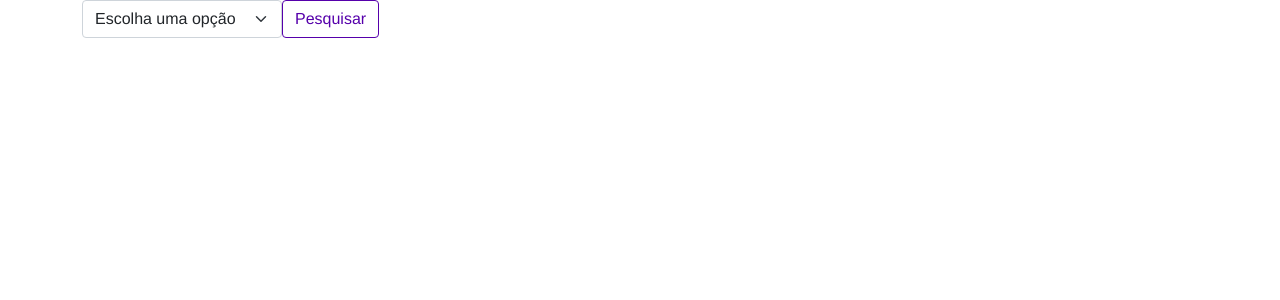
Repository: LuismGil/Countries-list
Page: /about
An editor plug-in stored every save of this project. The page is shown before and after the next save, followed by the edit.
The browser window is 1280 px wide. The pictures show the whole page.
The project was rebuilt for these pictures with package versions that can differ from the ones it lists, and the page was loaded fresh each time.

Above is the page before, as saved 2021-05-22 21:14:22.

### public/index.html
<!DOCTYPE html>
<html lang="">
  <head>
    <meta charset="utf-8">
    <meta http-equiv="X-UA-Compatible" content="IE=edge">
    <meta name="viewport" content="width=device-width,initial-scale=1.0">
    <link rel="icon" href="<%= BASE_URL %>favicon.ico">
    <link href="https://cdn.jsdelivr.net/npm/bootstrap@5.0.1/dist/css/bootstrap.min.css" rel="stylesheet" integrity="sha384-+0n0xVW2eSR5OomGNYDnhzAbDsOXxcvSN1TPprVMTNDbiYZCxYbOOl7+AMvyTG2x" crossorigin="anonymous">
    <title><%= htmlWebpackPlugin.options.title %></title>
  </head>
  <body>
    <noscript>
      <strong>We're sorry but <%= htmlWebpackPlugin.options.title %> doesn't work properly without JavaScript enabled. Please enable it to continue.</strong>
    </noscript>
    <div id="app"></div>
    <!-- built files will be auto injected -->
  </body>
</html>

### src/App.vue
<template>
  <div id="app">
    <!-- <mv-header /> -->
    <Home></Home>

  </div>
</template>

<script>
// import MvHeader from './components/MvHeader.vue';
import Home from './views/Home.vue';

export default {
  name: 'App',
  components: {
    // MvHeader,
    Home,
  },
};
</script>

<style>
#app {
  color: #2c3e50;
  font-family: Avenir, Helvetica, Arial, sans-serif;
  -webkit-font-smoothing: antialiased;
  -moz-osx-font-smoothing: grayscale;
  text-align: center;
}
</style>

### src/views/Home.vue
<template>
  <div>
    <mv-countries></mv-countries>

  </div>
</template>

<script>
import MvCountries from '../components/MvCountries.vue';

export default {
  components: { MvCountries },

};
</script>

<style>

</style>

### src/components/MvCountries.vue
<template>
  <div>
    <div class="container">
    <select class="form-select form-width" aria-label="Escolha uma opção">
      <option selected disabled>Escolha uma opção</option>
      <option value="1">Região</option>
      <option value="2">Capital</option>
      <option value="3">Língua</option>
      <option value="4">País</option>
      <option value="5">Código de ligação</option>
    </select>
    <mv-button>
        Pesquisar
    </mv-button>
    </div>

  </div>
</template>

<script>
import MvButton from './MvButton.vue';

export default {
  components: { MvButton },

};
</script>

<style>
.container {
  display: flex;
  flex-direction: row;
}

.form-width {
  width: 200px;
}

.btn-find {
  color: #FFF;
  background-color: #5600AB;
}

</style>

### src/components/MvButton.vue
<template>
  <div>
    <button type="button" class="btn btn-outline btn-color">
      <slot></slot>
      </button>
  </div>
</template>

<script>
// import MvArrowIcon from './MvArrowIcon.vue';

export default {
  // components: { MvArrowIcon },

};
</script>

<style>
.btn-color {
  border-color: #5600AB;
  color: #5600AB;
}

.btn-color:hover {
  color: #fff;
  background-color: #c599f2;
}

</style>

Loaded but not shown: src/main.js (common file)

After the next save:
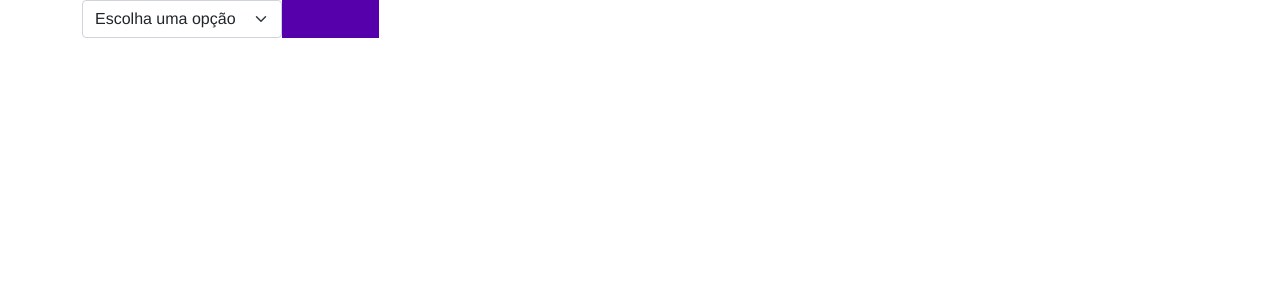
Saved 35 s later.
--- a/src/components/MvCountries.vue
+++ b/src/components/MvCountries.vue
@@ -9,7 +9,7 @@
       <option value="4">País</option>
       <option value="5">Código de ligação</option>
     </select>
-    <mv-button>
+    <mv-button class="btn-find">
         Pesquisar
     </mv-button>
     </div>
